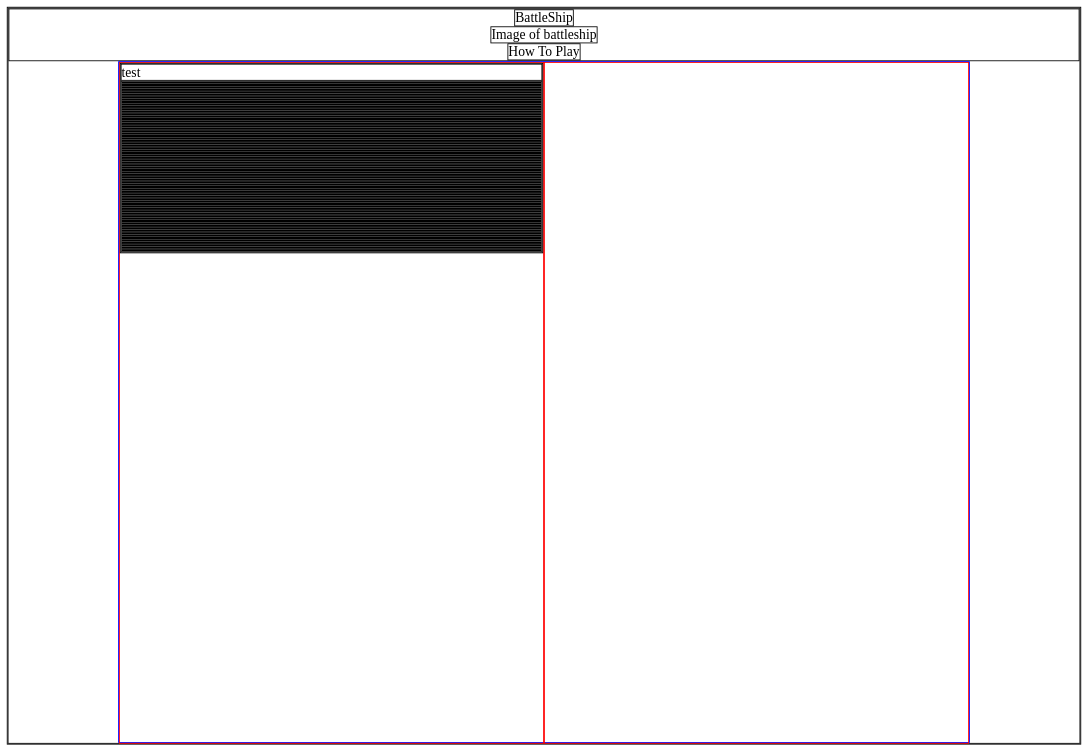
Repository: J-Haze/BattleshipApp
Page: /
The author's editor kept a copy of each file at every save. The page is drawn from the files as they stood at one save, then again after the next save.
The browser window is 1280 px wide. The pictures show the whole page, at 85% of full size.
The project was rebuilt for these pictures with package versions that can differ from the ones it lists, and the page was loaded fresh each time. Also part of the build but not shown: src/index.css, src/Components/Square.js.

Above is the page before, as saved 2020-09-16 09:03:09.

After the next save:
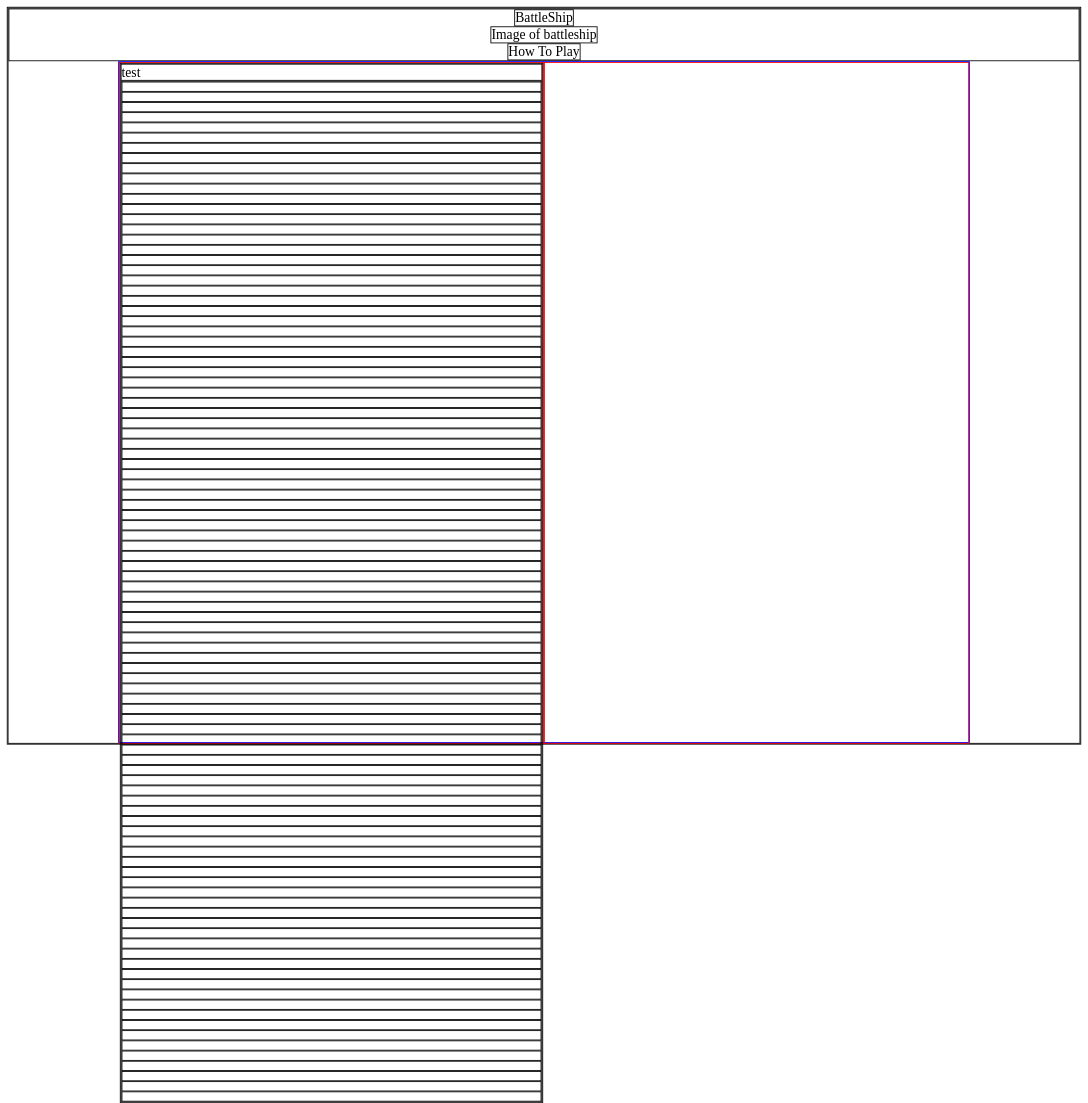
Saved 66 s later.
--- a/src/App.css
+++ b/src/App.css
@@ -37,6 +37,12 @@ div {
     border: 1px solid red;
 }
 
-.square{
+.row{
+    display: flex;
     height: 10px;
 }
+
+.square{
+    height: 100%;
+    width: 10%;
+}
